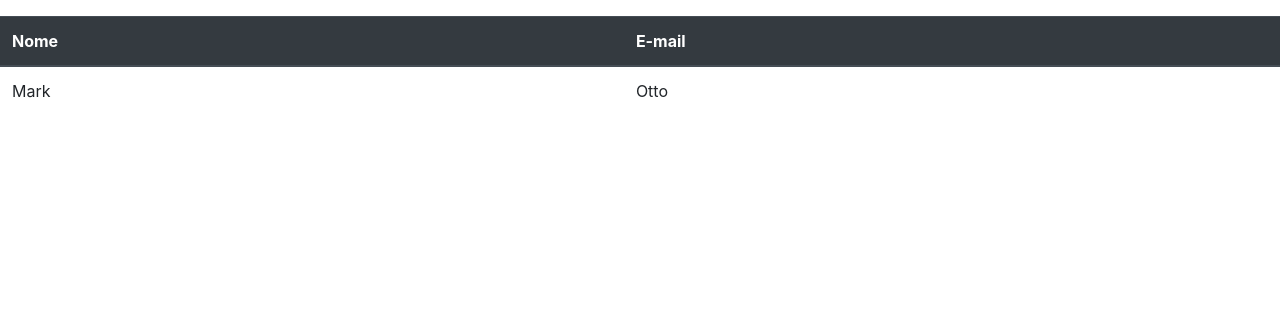
Repository: wellersonfc/simple-crud-react
Page: /
The author's editor kept a copy of each file at every save. The page is drawn from the files as they stood at one save, then again after a run of saves.
The browser window is 1280 px wide. The pictures show the whole page.
The project was rebuilt for these pictures with package versions that can differ from the ones it lists, and the page was loaded fresh each time.

Above is the page before, as saved 2019-09-22 15:53:43.

After the next 3 saves:
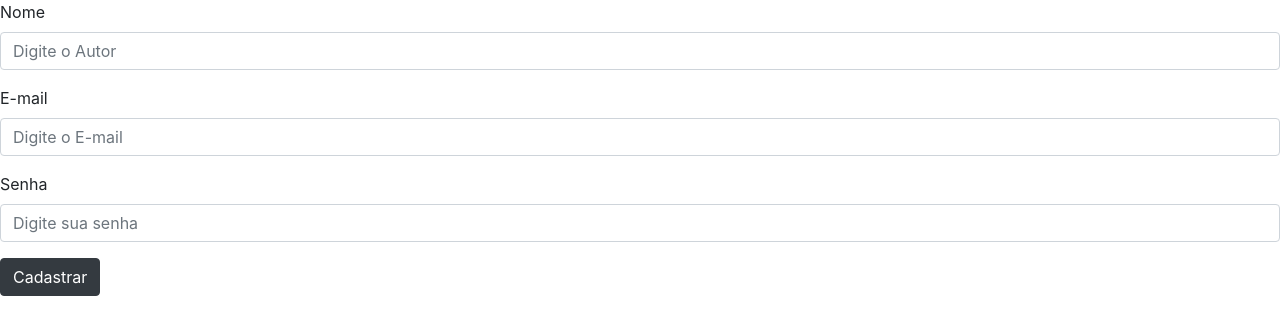
The 3 saves are shown as one change because 2 did not build or start.
The last was saved 81 s later.
--- a/src/App.js
+++ b/src/App.js
@@ -11,23 +11,24 @@ class App extends Component {
 
   render(){
     return(
+      <div className="form-autor">
+          <form>
+            <div class="form-group">
+              <label for="exampleInputEmail1">Nome</label>
+              <input id="nome" class="form-control" type="text" name="nome" value=""  placeholder="Digite o Autor"/>
+            </div>
+            <div class="form-group">
+              <label for="exampleInputEmail1">E-mail</label>
+              <input id="email" class="form-control" type="email" name="email" value=""  placeholder="Digite o E-mail"/>
+            </div>
+            <div class="form-group">
+              <label for="senha">Senha</label>
+              <input type="password" class="form-control" id="senha" placeholder="Digite sua senha"/>
+            </div>
+            <button type="submit" class="btn btn-dark">Cadastrar</button>
+        </form>
+      </div>
 
-      <div className="lista-autor pt-3">
-          <table class="table">
-            <thead class="thead-dark table-striped">
-              <tr>
-                <th scope="col">Nome</th>
-                <th scope="col">E-mail</th>
-              </tr>
-            </thead>
-            <tbody>
-              <tr>
-                <td>Mark</td>
-                <td>Otto</td>
-              </tr>
-            </tbody>
-          </table>
-      </div>
     );
   }
 }
